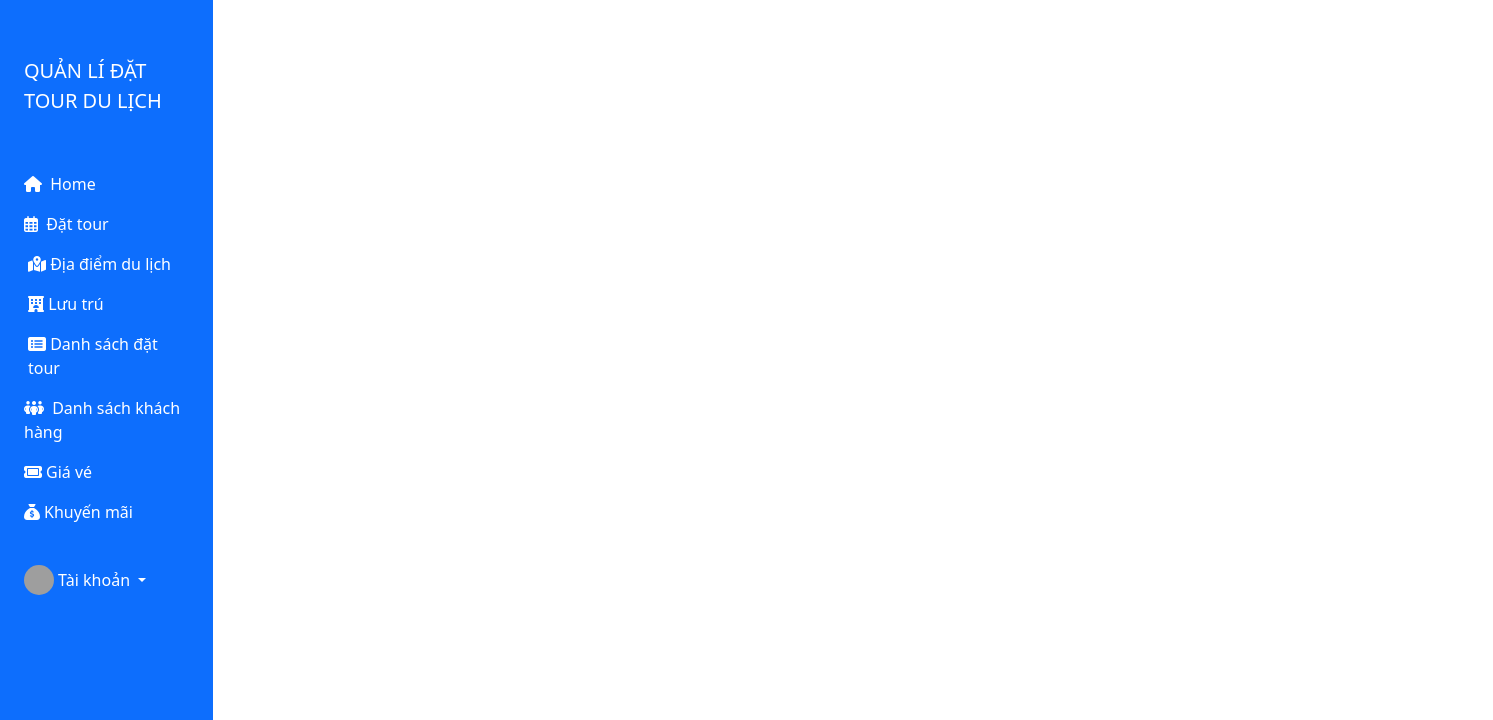
Repository: vantohuu/BOOKINGTOUR
Page: http://localhost/BOOKINGTOUR/WEB-INF/views/index.jsp
An editor plug-in stored every save of this project. The page is shown before and after the next save, followed by the edit.
The browser window is 1280 px wide. The page is 1493 px wide, so the pictures cover 1493 px, including what lies to the right of the window. The pictures show the whole page.
Pictures or frames that could not be fetched are drawn as grey boxes. Some web libraries are served in a nearby version. The page is served by Tomcat 9. Nobody is signed in. The template is opened directly, without the code that normally fills it, so the values that code supplies are empty.

Above is the page before, as saved 2023-04-26 19:13:22.

After the next save:
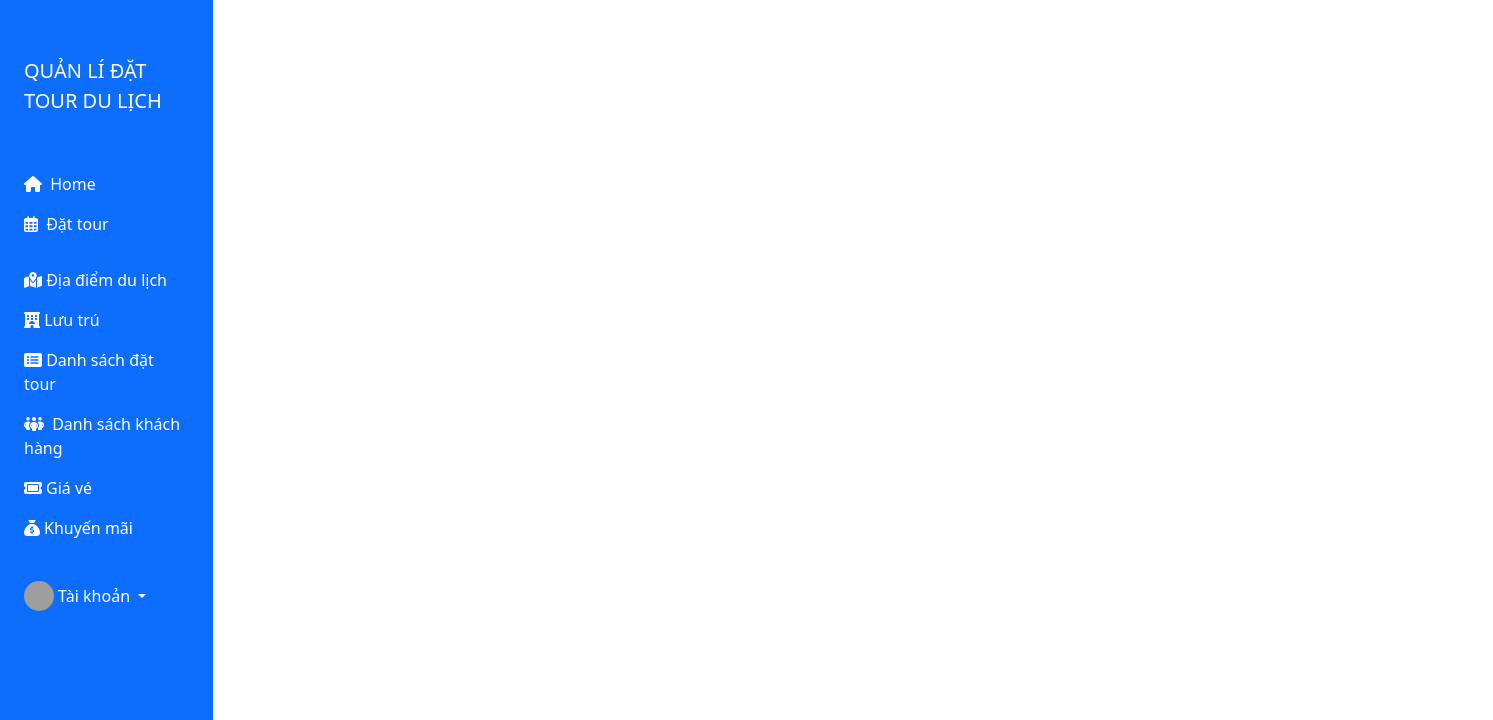
Saved 5 min 42 s later.
--- a/BOOKINGTOUR/src/main/webapp/WEB-INF/views/index.jsp
+++ b/BOOKINGTOUR/src/main/webapp/WEB-INF/views/index.jsp
@@ -28,25 +28,28 @@
 								class="fa-solid fa-house"></i> <span
 								class="ms-1 d-none d-sm-inline">Home</span>
 						</a></li>
-						<li><a href="#submenu1" data-bs-toggle="collapse"
-							class="nav-link text-white px-0 align-middle">
+
+
+						<li class="nav-item"><a href="home.htm"
+							class="nav-link text-white align-middle px-0">
 							<i class="fa-regular fa-calendar-days"></i> <span
 								class="ms-1 d-none d-sm-inline">Đặt tour</span>
-						</a>
-							<ul class="collapse show nav flex-column ms-1" id="submenu1"
-								data-bs-parent="#menu">
+						</a></li>
+							<li class="nav-item"><a href="home.htm"
+							class="nav-link text-white align-middle px-0">
 								<li class="w-100"><a href="thevao.htm"
 									class="nav-link text-white px-0"><i class="fa-solid fa-map-location-dot"></i> <span
 										class="d-none d-sm-inline">Địa điểm du lịch</span></a></li>
-								<li><a href="thera.htm" class="nav-link text-white px-0">
+								<li class="nav-item"><a href="home.htm"
+							class="nav-link text-white align-middle px-0">
 								<i class="fa-solid fa-hotel"></i>
 										<span class="d-none d-sm-inline">Lưu trú</span>
 								</a></li>
-								<li><a href="lichsugui.htm"
-									class="nav-link text-white px-0">
+								<li class="nav-item"><a href="home.htm"
+							class="nav-link text-white align-middle px-0">
 									<i class="fa-solid fa-rectangle-list"></i> <span
 										class="d-none d-sm-inline">Danh sách đặt tour</span></a></li>
-							</ul></li>
+
 						<li><a href="lich.htm"
 							class="nav-link text-white px-0 align-middle"><i class="fa-solid fa-people-group"></i> <span
 								class="ms-1 d-none d-sm-inline">Danh sách khách hàng</span>

After the save that followed:
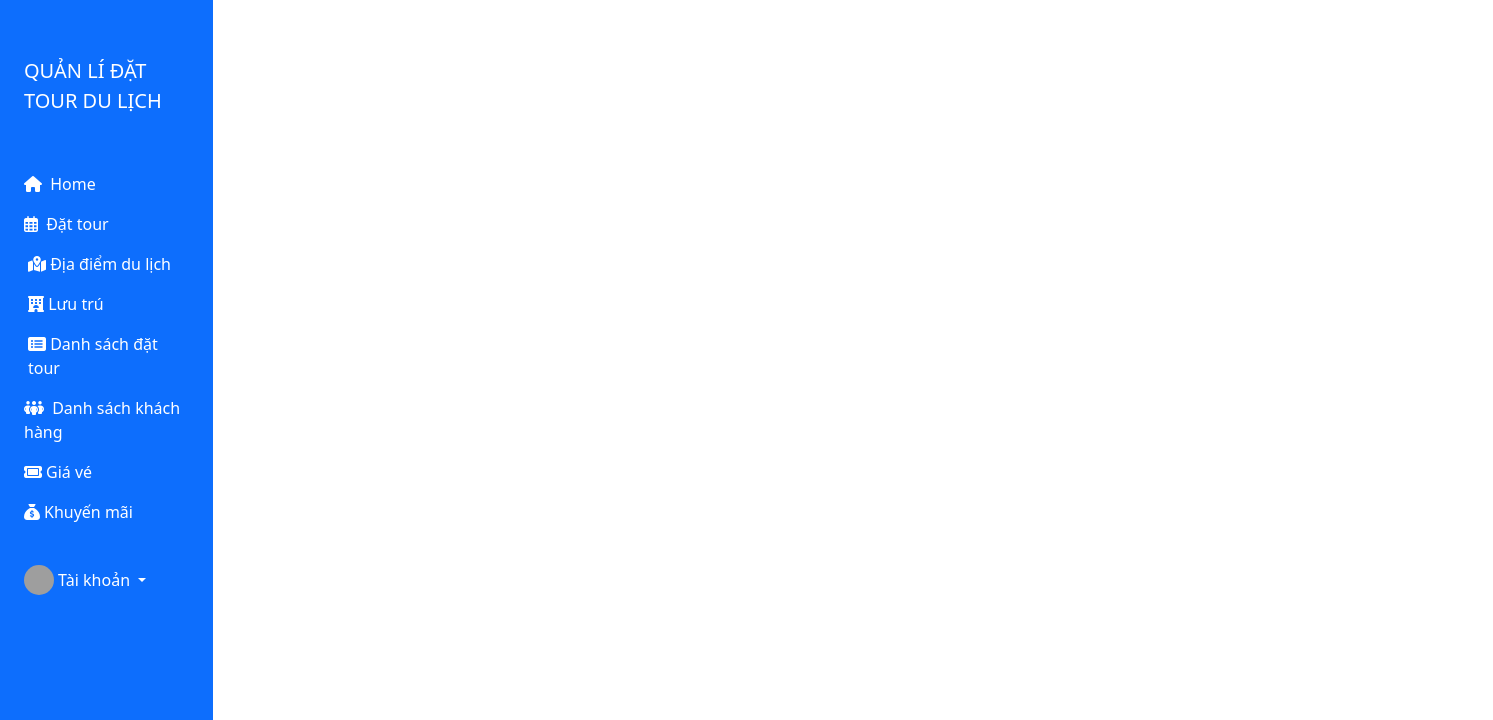
Saved 33 s later.
--- a/BOOKINGTOUR/src/main/webapp/WEB-INF/views/index.jsp
+++ b/BOOKINGTOUR/src/main/webapp/WEB-INF/views/index.jsp
@@ -30,26 +30,25 @@
 						</a></li>
 
 
-						<li class="nav-item"><a href="home.htm"
-							class="nav-link text-white align-middle px-0">
+						<li><a href="#submenu1" data-bs-toggle="collapse"
+							class="nav-link text-white px-0 align-middle">
 							<i class="fa-regular fa-calendar-days"></i> <span
 								class="ms-1 d-none d-sm-inline">Đặt tour</span>
-						</a></li>
-							<li class="nav-item"><a href="home.htm"
-							class="nav-link text-white align-middle px-0">
+						</a>
+							<ul class="collapse show nav flex-column ms-1" id="submenu1"
+								data-bs-parent="#menu">
 								<li class="w-100"><a href="thevao.htm"
 									class="nav-link text-white px-0"><i class="fa-solid fa-map-location-dot"></i> <span
 										class="d-none d-sm-inline">Địa điểm du lịch</span></a></li>
-								<li class="nav-item"><a href="home.htm"
-							class="nav-link text-white align-middle px-0">
+								<li><a href="thera.htm" class="nav-link text-white px-0">
 								<i class="fa-solid fa-hotel"></i>
 										<span class="d-none d-sm-inline">Lưu trú</span>
 								</a></li>
-								<li class="nav-item"><a href="home.htm"
-							class="nav-link text-white align-middle px-0">
+								<li><a href="lichsugui.htm"
+									class="nav-link text-white px-0">
 									<i class="fa-solid fa-rectangle-list"></i> <span
 										class="d-none d-sm-inline">Danh sách đặt tour</span></a></li>
-
+							</ul></li>
 						<li><a href="lich.htm"
 							class="nav-link text-white px-0 align-middle"><i class="fa-solid fa-people-group"></i> <span
 								class="ms-1 d-none d-sm-inline">Danh sách khách hàng</span>
